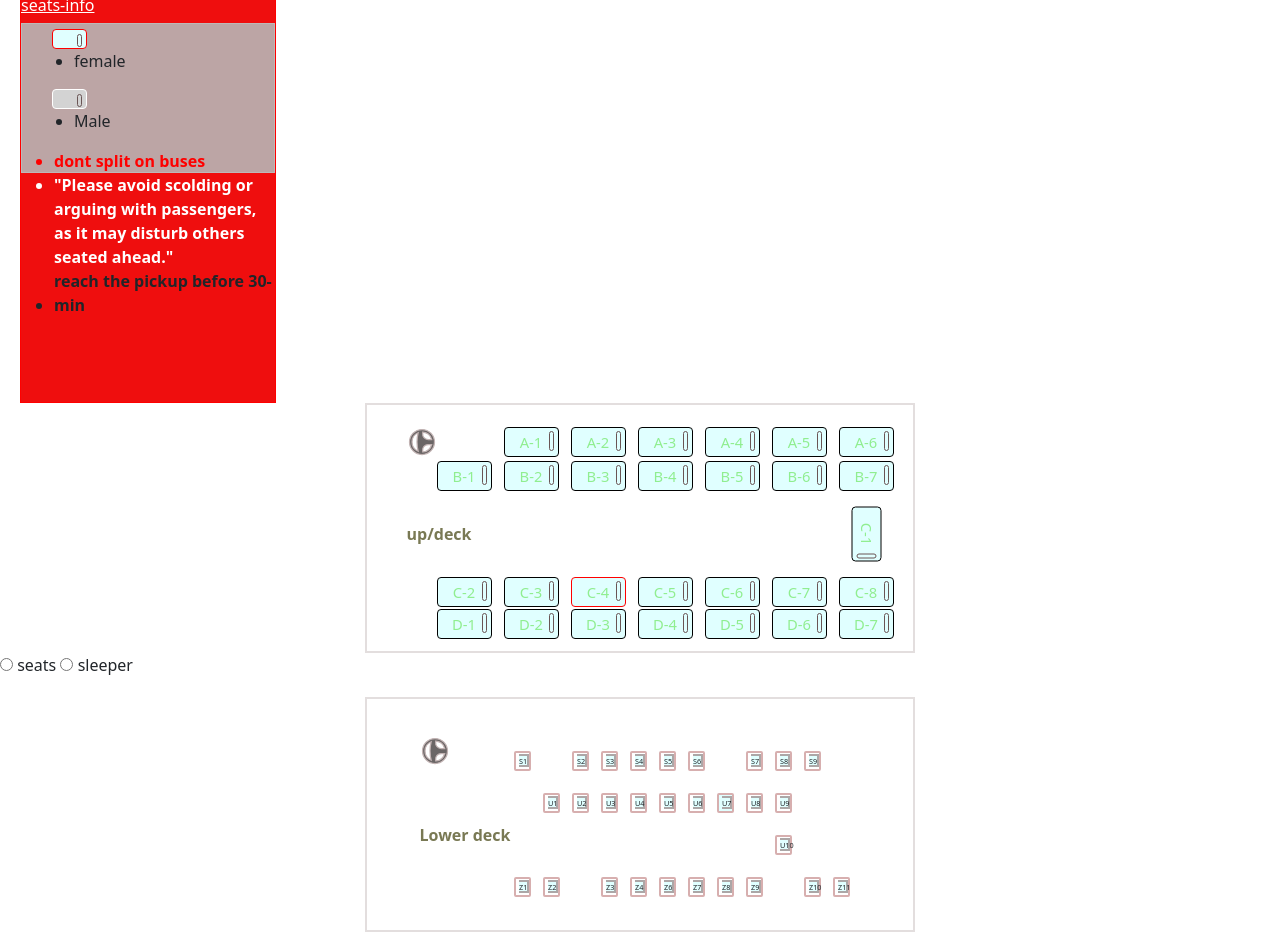
Repository: mohanmania/Redbus_Clone
Page: js-project/seat-selection/seats.html
An editor plug-in stored every save of this project. The page is shown before and after the next save, followed by the edit.
The browser window is 1280 px wide. The pictures show the part of the page from y = 430 to 1382 px (the page is 1382 px tall).
A picture or video elsewhere on the page could not be fetched, so the positions and the page height are approximate.

Above is the page before, as saved 2025-01-23 16:06:48.

After the next save:
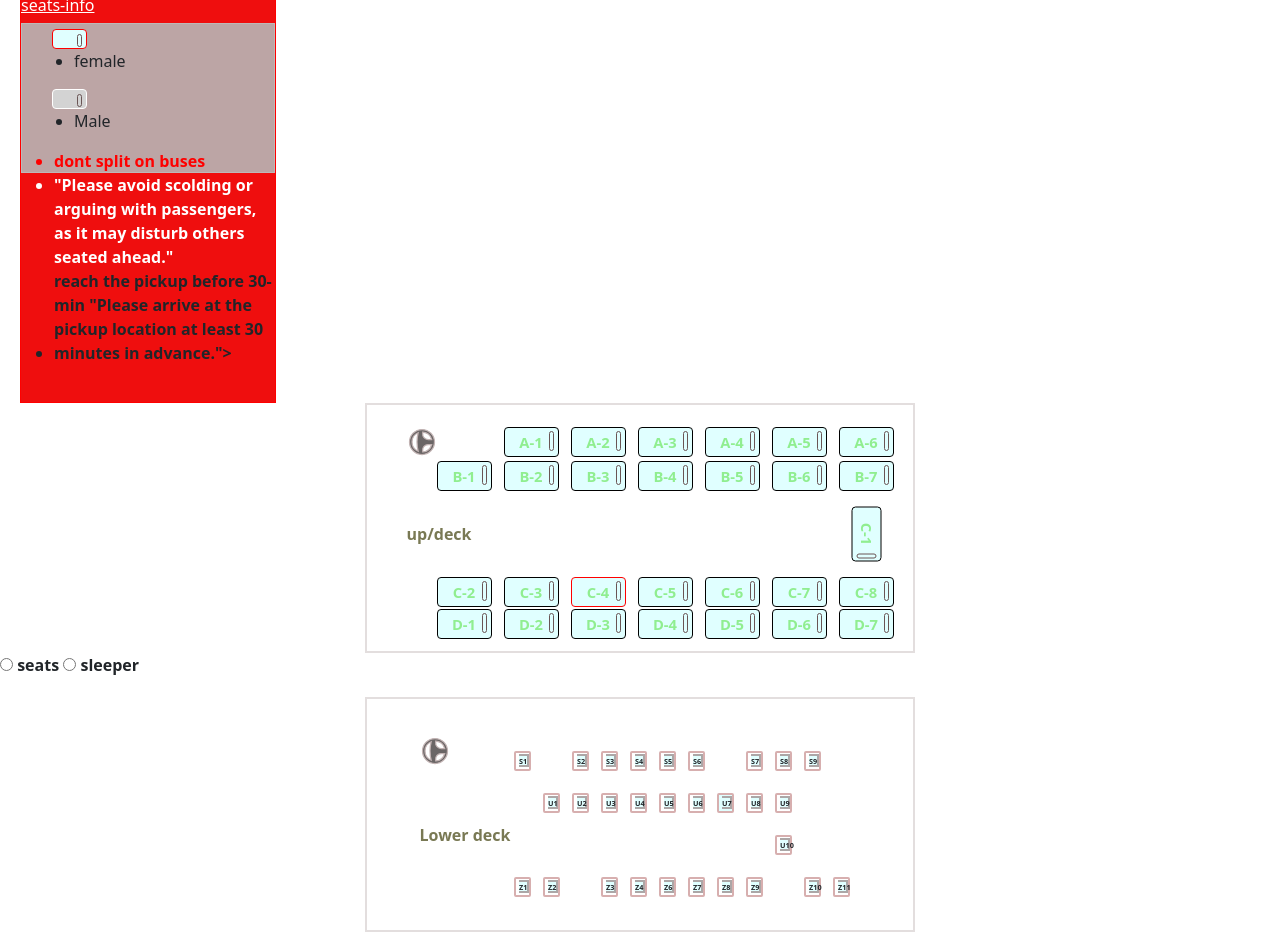
Saved 31 s later.
--- a/js-project/seat-selection/seats.html
+++ b/js-project/seat-selection/seats.html
@@ -329,8 +329,7 @@ input::placeholder {
         </strong></li>
         <li>
             <strong>
-                 <p>reach the pickup before 30-min </p>
-            </strong>
+                 <p>reach the pickup before 30-min "Please arrive at the pickup location at least 30 minutes in advance.">
         </li>
     </ul>
 </div>
